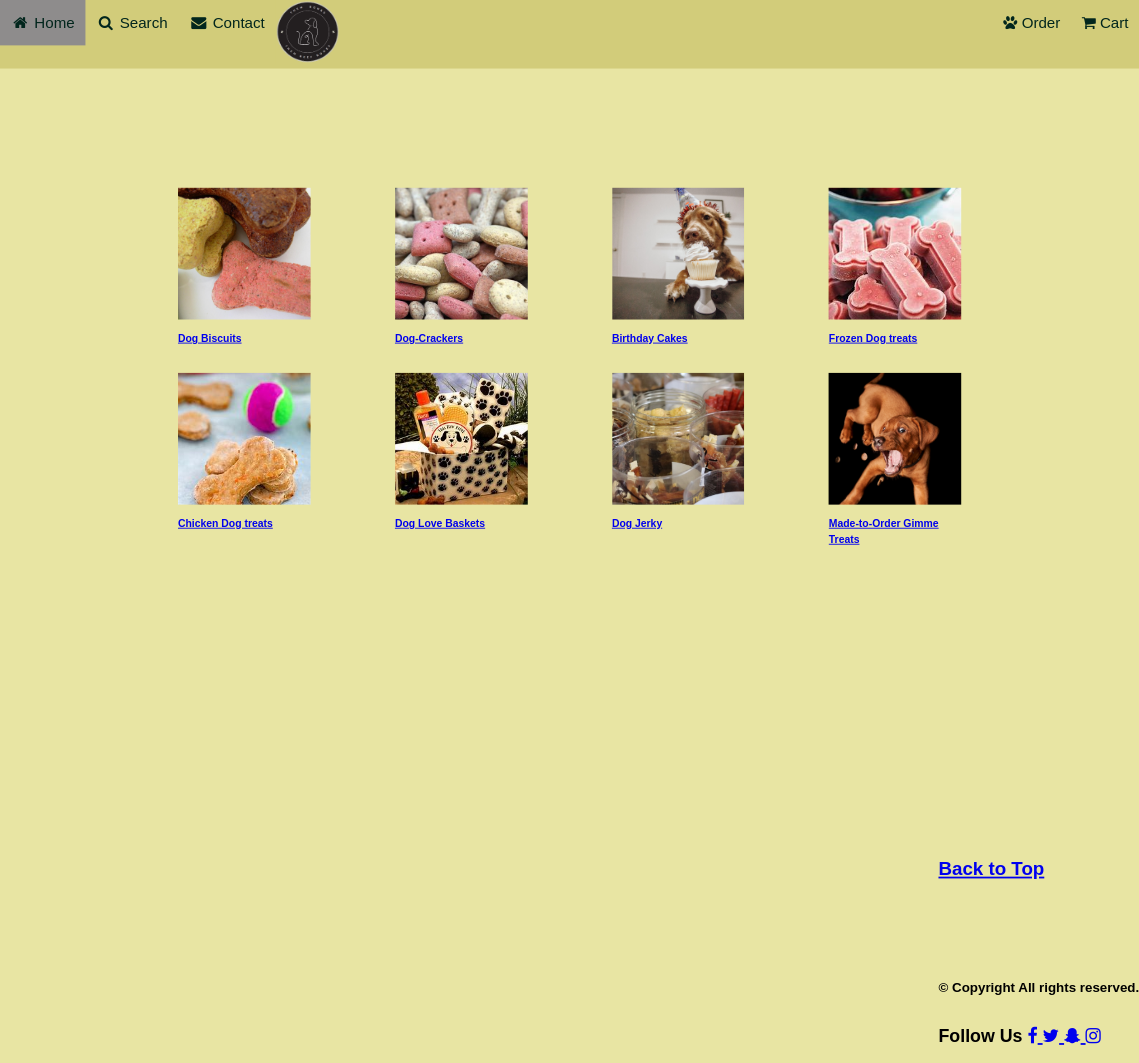
Repository: vgoins-RA2022/HTML-1
Page: index.html
The author's editor kept a copy of each file at every save. The page is drawn from the files as they stood at one save, then again after the next save.
The browser window is 1280 px wide. The pictures show the whole page, at 89% of full size.

Above is the page before, as saved 2023-01-21 18:22:57.

### index.html
<!DOCTYPE html>
<html lang="en">

<head>
  <meta charset="UTF-8">
  <meta name="viewport" content="width=device-width, initial-scale=1">
  <link rel="stylesheet" href="https://cdnjs.cloudflare.com/ajax/libs/font-awesome/4.7.0/css/font-awesome.min.css">
  <link rel="stylesheet" href="../HTML-1/src/css/Style.css" type="text/css">
  <title>Simple HTML Assignment 1</title>
</head>

<header>
    <!-- setup top navigator bar. position logo, home and contact navators on the left-->
    <div class="navbar" float: left>
      <img src="src/img/them-bones-logo.png" alt="them-bones-logo" class="logo" >
      <a class="active" href="#"><i class="fa fa-fw fa-home"></i> Home</a>
      <a href="#"><i class="fa fa-fw fa-search"></i> Search</a>
      <a href="#"><i class="fa fa-fw fa-envelope"></i> Contact</a>
      <!-- position order and cart navigators on the right -->
    <div class="right"><a href="#"><i class="fa fa-paw" aria-hidden="true"></i> Order</a>
    <div class="right"><a href="#"><i class="fa fa-shopping-cart" aria-hidden="true"></i> Cart</a>
    </div>
  </header>

<body>
  <div class="container">
     <!-- set of store gallery of self-contained items enclosed in the figure tags  -->
    <div class="gallery">

      <figure class="gallery__item gallery__item--1">
            <img src="src/img/animal-dog- biscuits.jpg" alt="animal-dog-biscuits" class="gallery__img" >
              <h3 class= image-text>
                <h3><a href="#">Dog Biscuits</a></h3>
              </h3>
        </figure>
        <figure class="gallery__item gallery__item--2">
            <img src="src/img/animal-dog- crackers.jpg" alt="animal-dog-crackers" class="gallery__img">
                <h3 class= image-text>
                  <h3><a href="#">Dog-Crackers</a></h3>
                </h3>

        </figure>
        <figure class="gallery__item gallery__item--3">
            <img src="src/img/dog-happy-birthday.jpg" alt="dog-happy-birthday" class="gallery__img">
              <h3 class= image-text></h3>
                <h3><a href="#">Birthday Cakes</a></h3>
               </h3>
        </figure>
        <figure class="gallery__item gallery__item--4">
            <img src="src/img/frozen-dog-treats.jpg" alt="frozen-dog-treats" class="gallery__img">
              <h3 class= image-text>
                 <h3><a href="#">Frozen Dog treats</a></h3>
              </h3>
        </figure>
        <figure class="gallery__item gallery__item--5">
            <img src="src/img/chicken-dog-treat.jpg" alt="chicken-dog-treats" class="gallery__img">
              <h3 class= image-text>
                <h3><a href="#">Chicken Dog treats</a></h3>
              </h3>
        </figure>
        <figure class="gallery__item gallery__item--6">
            <img src="src/img/doggy-love-basket.jpg" alt="doggy-love-basket" class="gallery__img">
            <h3 class= image-text>
            <h3><a href="#">Dog Love Baskets</a></h3>
            </h3>
        </figure>
        <figure class="gallery__item gallery__item--7">
            <img src="src/img/Dog-jerkey.png" alt="dog-jerky" class="gallery__img">
            <h3 class= image-text>
              <a href="#">Dog Jerky</a></h3>
            </h3>
        </figure>
        <figure class="gallery__item gallery__item--8">
          <img src="src/img/gimme-dog treats.jpg" alt="gimme-dog-treats" class="gallery__img">
          <h3 class= image-text>
            <a href="#">Made-to-Order Gimme Treats</a>
          </h3>
        </figure>

      </div>
  </div>

  <a href="#" class="button">
    <div class="right"><span class="label"><h3>Back to Top</h3></span>
  </a>
</body>

<footer>
  <!-- setup top navigator bar in the footer of copywright and social media icons -->
  <div class="right"></div>
    <p class="copyright"> <h2>&copy; Copyright All rights reserved.</h2> </p>
    <div class="left">
      <h1>Follow Us
      <a href="#"><i class="fa fa-facebook"></i> </a>
      <a href="#"><i class="fa fa-twitter"></i> </a>
      <a href="#"><i class="fa fa-snapchat-ghost"></i> </a>
      <a href="#"><i class="fa fa-instagram"></i> </a>
      </h1>
    </div>

  </footer>
</html>

### src/css/Style.css
/* style the body background and font */
body { margin: 0;
      font-family: Arial, Helvetica, sans-serif;
       background-color: rgba(216, 212, 98, 0.585);
     }

/* align navigation bar items */
.left-menu {
  grid-column: 1;
}
.right-menu {
  grid-column: -1;
}
/* format logo position, width and height */
.logo {
  grid-column: 3;
  grid-area: logo;
  place-self: center;
  width: 10vh;
  height: 10vh;
  justify-self: center;
  background-color:#d2cc7a;
}



.navbar a {
float: left;
padding-top: 70px;
padding: 12px;
color: #02261d;
text-decoration: none;
font-size: 17px;
}
img {
  width: 400px;
  height: 80px;
}
.navbar a:hover {
background-color: #8e8c8c;
}
.active {
background-color: #736c6c;
}
.left {
  float: left;
}

.right {
  float: right;
 }

.navbar a {
    float: left;
    display: block;
}

.navbar {
    width: 100%;
    background-color: #d2cc7a;
    overflow: auto;
}

.logo img {
    display: inline-block;
    vertical-align: top;
    width: 50px;
    height: 50px;
    margin-right: 20px;
    margin-top: 15px;
}



html {
  box-sizing: border-box;
  font-size: 62.5%;
}

body {
  font-family: "Nunito", sans-serif;
  background-color: rgba(216, 212, 98, 0.585);
  font-weight: 300;
  line-height: 1.6;
}

.container {
  width: 75%;
  margin: 2rem auto;
}

.gallery {
  display: grid;
  grid-template-columns: repeat(8, 1fr);
  grid-template-rows: repeat(8, 5vw);
  grid-gap: 1.5rem;
  row-gap: 40px;
}

.gallery__img {
  width: 100%;
  height: 100%;
  object-fit: cover;
  display: block;
}

.image-txt {
  margin: 3%;
  position: absolute;
  top: 20px;
  left: 50px;
}

.gallery__item--1 {
  grid-column: 1 / span 2;
  grid-row: 2 / span 2;
}
.gallery__item--2 {
  grid-column: 3 / span 2;
  grid-row: 2 / span 2;
}
.gallery__item--3 {
  grid-column: 5 / span 2;
  grid-row: 2 / span 2;
}
.gallery__item--4 {
  grid-column: 7 / span 2;
  grid-row: 2 / span 2;
}
.gallery__item--5 {
  grid-column: 1 / span 2;
  grid-row: 4 / span 2;
}
.gallery__item--6 {
  grid-column: 3 / span 2;
  grid-row: 4 / span 2;
}
.gallery__item--7 {
  grid-column: 5 / span 2;
  grid-row: 4 / span 2;
}
.gallery__item--8 {
  grid-column: 7 / span 2;
  grid-row: 4 / span 2;
}
/* Style the button */
.button {
  outline: none;
  padding: 10px 16px;

  cursor: pointer;
  font-size: 18px;
}


.button:hover {
  background-color: #ddd;
}

.button.active {
  background-color: #666;
  color: white;
}

.footer {
  background: #061D25;
  padding: 10px 0;
}
.footer a {
  color: #70726F;
  font-size: 20px;
  padding: 10px;
  border-right: 1px solid #70726F;
  transition: all .5s ease;
}
.flex-container {
  display: flex;
  background: #d2cc7a;
}

.copyright{
  text-align: center;
  padding-top: 24px;
  font-weight: 500;
  opacity: 0.8;
  font-size: 16px;
}
@media (max-width: 767px) {

    .h6{
      margin: 0 auto;
      text-align: center;
      margin-top: 10px;
      margin-bottom: 10px;
    }
    .ul{
      text-align: center;
    }
    .social{
        width: 100%;
        margin: 0 auto;
        text-align: center;
        padding: 40px;
        padding-bottom: 0px;
        border-top: 1px solid #eee;
        margin-top: 50px;
    }

  }

After the next save:
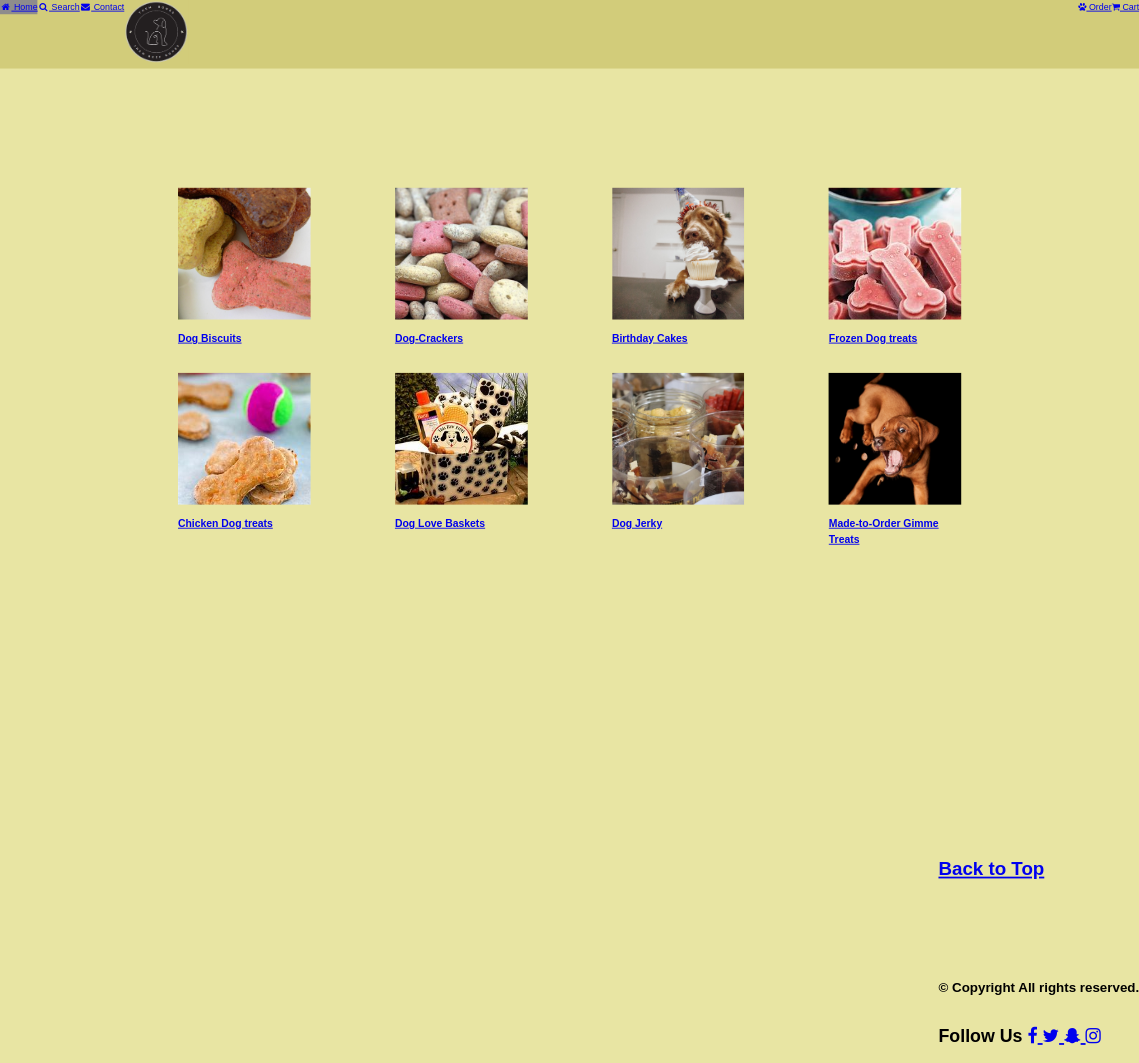
Saved 108 s later.
--- a/src/css/Style.css
+++ b/src/css/Style.css
@@ -22,7 +22,7 @@
   background-color:#d2cc7a;
 }
 
-
+f
 
 .navbar a {
 float: left;

After the 5 saves that followed:
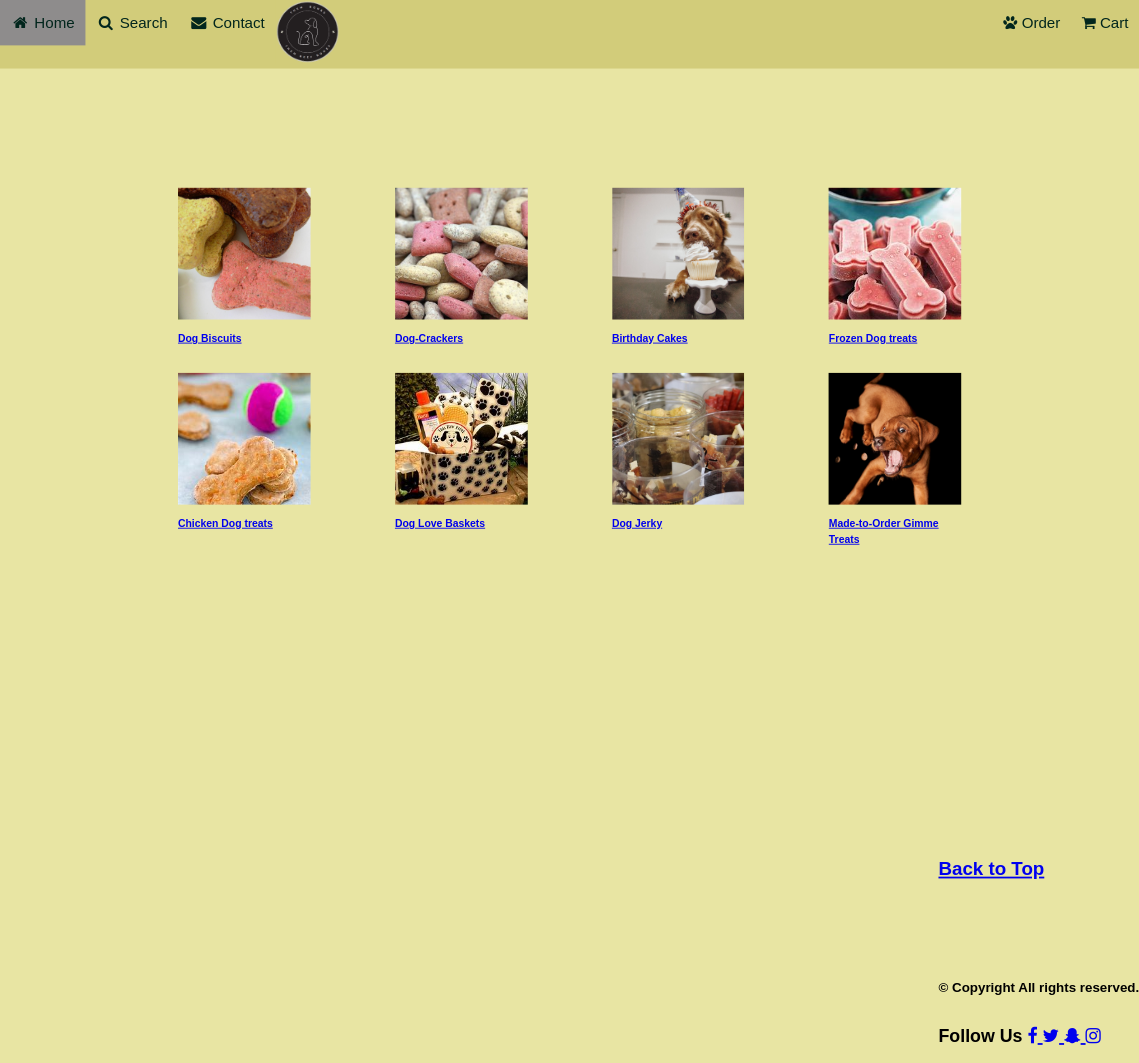
The 5 saves are shown as one change because 2 left the picture as it was and some came seconds apart.
The last was saved 41 s later.
--- a/src/css/Style.css
+++ b/src/css/Style.css
@@ -21,8 +21,7 @@
   justify-self: center;
   background-color:#d2cc7a;
 }
-
-f
+/* style the navigation bar */
 
 .navbar a {
 float: left;
